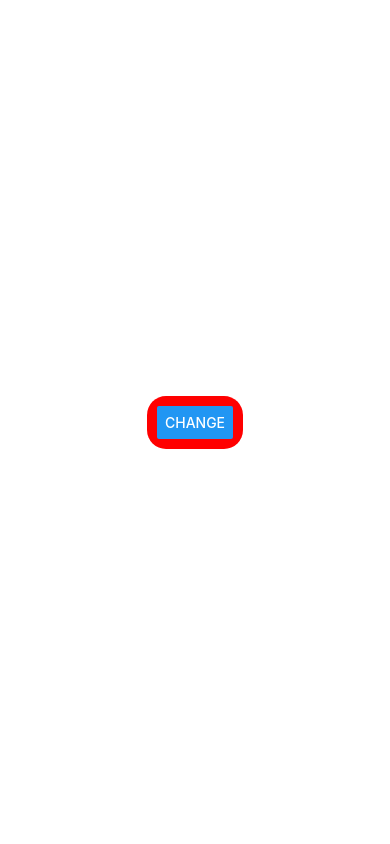
Repository: akinmiday/ReactNativeApp
Screen: /
These files come from the project's save history. The screen is drawn as it stood at one moment and after the next save; the edit follows.
The app was drawn by React Native's web renderer in a window 390 px wide. The project was rebuilt for these pictures with package versions that can differ from the ones it lists, and the page was loaded fresh each time. Some packages were replaced by stand-ins written for this rebuild.

Above is the screen before, as saved 2023-08-03 07:22:46.

### App.js
import { StatusBar } from "expo-status-bar";
import { useState } from "react";
import { StyleSheet, View, Text, Button } from "react-native";

export default function App() {
  const [name, setName] = useState("Programming");

  return (
    <View style={styles.container}>
      <Text></Text>
      <View style={styles.button}>
        <Button title="change" />
      </View>
    </View>
  );
}

const styles = StyleSheet.create({
  container: {
    flex: 1,
    backgroundColor: "#fff",
    alignItems: "center",
    justifyContent: "center",
  },
  button: {
    backgroundColor: "red",
    padding: 10,
    borderRadius: 19,
  },
});

After the next save:
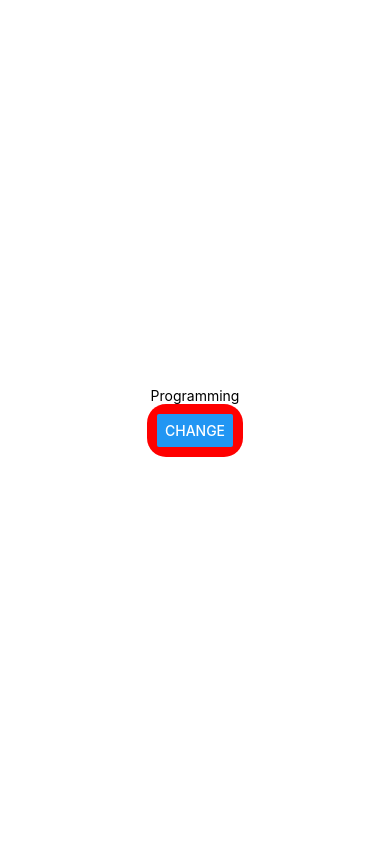
Saved 78 s later.
--- a/App.js
+++ b/App.js
@@ -7,7 +7,7 @@ export default function App() {
 
   return (
     <View style={styles.container}>
-      <Text></Text>
+      <Text>{name}</Text>
       <View style={styles.button}>
         <Button title="change" />
       </View>
